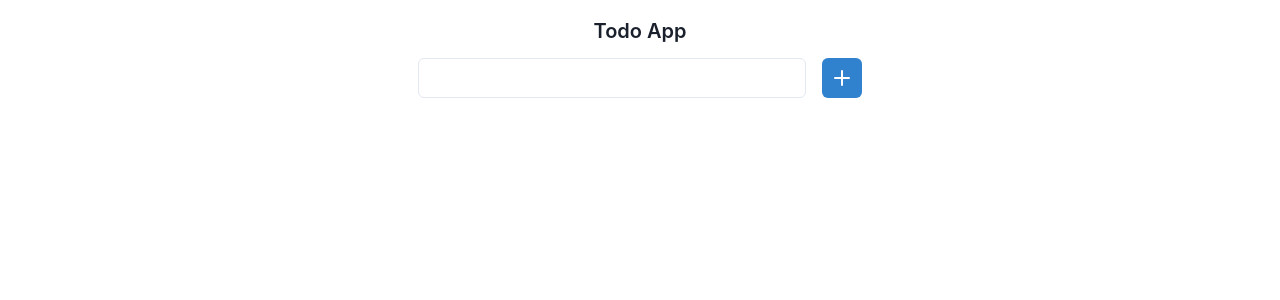
Repository: jammy729/todo-react
Page: /
An editor plug-in stored every save of this project. The page is shown before and after the next save, followed by the edit.
The browser window is 1280 px wide. The pictures show the whole page.
The page's requests for data from a server got no answer. The project was rebuilt for these pictures with package versions that can differ from the ones it lists, and the page was loaded fresh each time. No one was signed in, and anything a server would have sent is missing. Also part of the build but not shown: vite.config.js.

Above is the page before, as saved 2022-07-19 14:07:38.

### index.html
<!DOCTYPE html>
<html lang="en">
  <head>
    <meta charset="UTF-8" />
    <link rel="icon" type="image/svg+xml" href="/vite.svg" />
    <meta name="viewport" content="width=device-width, initial-scale=1.0" />
    <title>ToDo App</title>
  </head>
  <body>
    <div id="root"></div>
    <script type="module" src="/src/main.jsx"></script>
  </body>
</html>

### src/main.jsx
import React from 'react'
import ReactDOM from 'react-dom/client'
import App from './App'
import { ChakraProvider } from '@chakra-ui/react'

ReactDOM.createRoot(document.getElementById('root')).render(
  <React.StrictMode>
    <ChakraProvider>
      <App />
    </ChakraProvider>
  </React.StrictMode>
)

### src/App.jsx
import React, { useState, useEffect } from 'react'
import {
  Container,
  Input,
  Button,
  Text,
  Flex,
  Divider,
  Spacer,
  Box,
  ButtonGroup,
  IconButton,
  useToast,
  Toast
} from '@chakra-ui/react'
import { db } from './firebase'
import { set, ref, onValue, remove, update } from 'firebase/database'
import { uid } from 'uid'
import { AddIcon, RepeatIcon, CloseIcon } from '@chakra-ui/icons'

const App = () => {
  const [todo, setTodo] = useState('')
  const [todos, setTodos] = useState([])
  const [edit, setEdit] = useState(false)
  const [tempUuid, setTempUuid] = useState('')
  const toast = useToast()

  const handleChange = e => {
    setTodo(e.target.value)
  }

  // create
  const writeToDatabase = () => {
    const uuid = uid()
    set(ref(db, `/${uuid}`), {
      todo,
      uuid
    })

    setTodo('')
  }
  // read
  useEffect(() => {
    onValue(ref(db), snapshot => {
      setTodos([])
      const data = snapshot.val()
      if (data !== null) {
        Object.values(data).map(todo => {
          setTodos(oldArray => [...oldArray, todo])
        })
      }
    })
  }, [])

  // update
  const handleUpdate = todo => {
    setEdit(true)
    setTempUuid(todo.uuid)
    setTodo(todo.todo)
  }

  const handleSubmitChange = () => {
    update(ref(db, `/${tempUuid}`), {
      todo,
      uuid: tempUuid
    })
    toast({
      title: 'Updated',
      description: `Updated to ${todo}`,
      status: 'success',
      duration: 800,
      isClosable: true
    })
    setTodo('')
    setEdit(false)
  }

  // delete
  const handleDelete = todo => {
    remove(ref(db, `/${todo.uuid}`))
    toast({
      title: 'Deleted',
      description: `Deleted`,
      status: 'error',
      duration: 800,
      isClosable: true
    })
  }

  return (
    <Container maxW='500px' pt={4}>
      <Box align='center'>
        <Text fontWeight='semibold' fontSize='xl'>
          Todo App
        </Text>
      </Box>
      <Flex m={3}>
        <Input value={todo} onChange={handleChange} mr={4} />
        {edit ? (
          <>
            <IconButton
              mx={2}
              icon={<RepeatIcon />}
              onClick={handleSubmitChange}
              colorScheme='blue'
            />
            <IconButton
              icon={<CloseIcon />}
              colorScheme='red'
              variant='outline'
              onClick={() => {
                setEdit(false)
                setTodos('')
              }}
            />
          </>
        ) : (
          <IconButton
            icon={<AddIcon />}
            onClick={writeToDatabase}
            colorScheme='blue'
          />
        )}
      </Flex>

      {todos.map(todo => (
        <>
          <Flex mb={3} m={3}>
            <Box mt={2}>
              <h1 mt={3}>{todo.todo}</h1>
            </Box>
            <Spacer />
            <Box>
              <ButtonGroup>
                <Button
                  onClick={() => handleUpdate(todo)}
                  colorScheme='whatsapp'
                >
                  update
                </Button>
                <Button
                  onClick={() => handleDelete(todo)}
                  variant='outline'
                  colorScheme='red'
                >
                  delete
                </Button>
              </ButtonGroup>
            </Box>
          </Flex>
          <Divider />
        </>
      ))}
    </Container>
  )
}
export default App

### src/firebase.js
import { initializeApp } from 'firebase/app'
import { getDatabase } from 'firebase/database'
// web app configuration
const firebaseConfig = {
  apiKey: 'AIzaSyDkspjkDDXObs-4l_taNELJKtRdVwEASMk',
  authDomain: 'todo-app-73942.firebaseapp.com',
  projectId: 'todo-app-73942',
  storageBucket: 'todo-app-73942.appspot.com',
  messagingSenderId: '1010423735161',
  appId: '1:1010423735161:web:097586fa48bf62dfda85a8'
}

// Initialize Firebase
const app = initializeApp(firebaseConfig)
export const db = getDatabase(app)

After the next save:
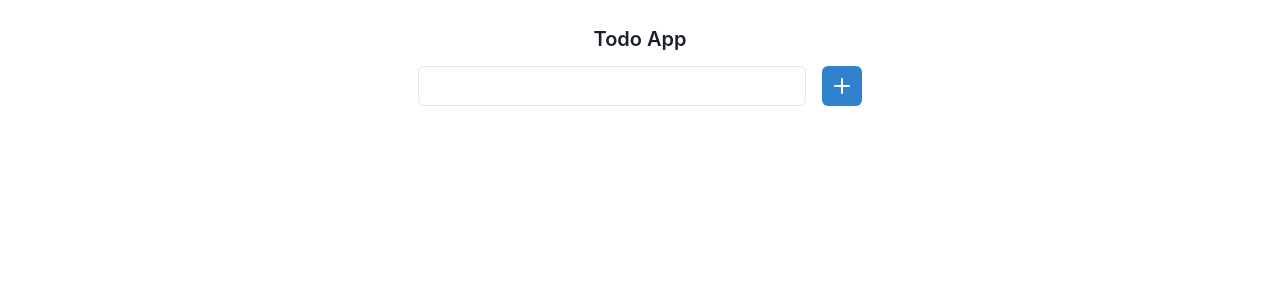
Saved 36 s later.
--- a/src/App.jsx
+++ b/src/App.jsx
@@ -88,7 +88,7 @@ const App = () => {
   }
 
   return (
-    <Container maxW='500px' pt={4}>
+    <Container maxW='500px' pt={6}>
       <Box align='center'>
         <Text fontWeight='semibold' fontSize='xl'>
           Todo App
